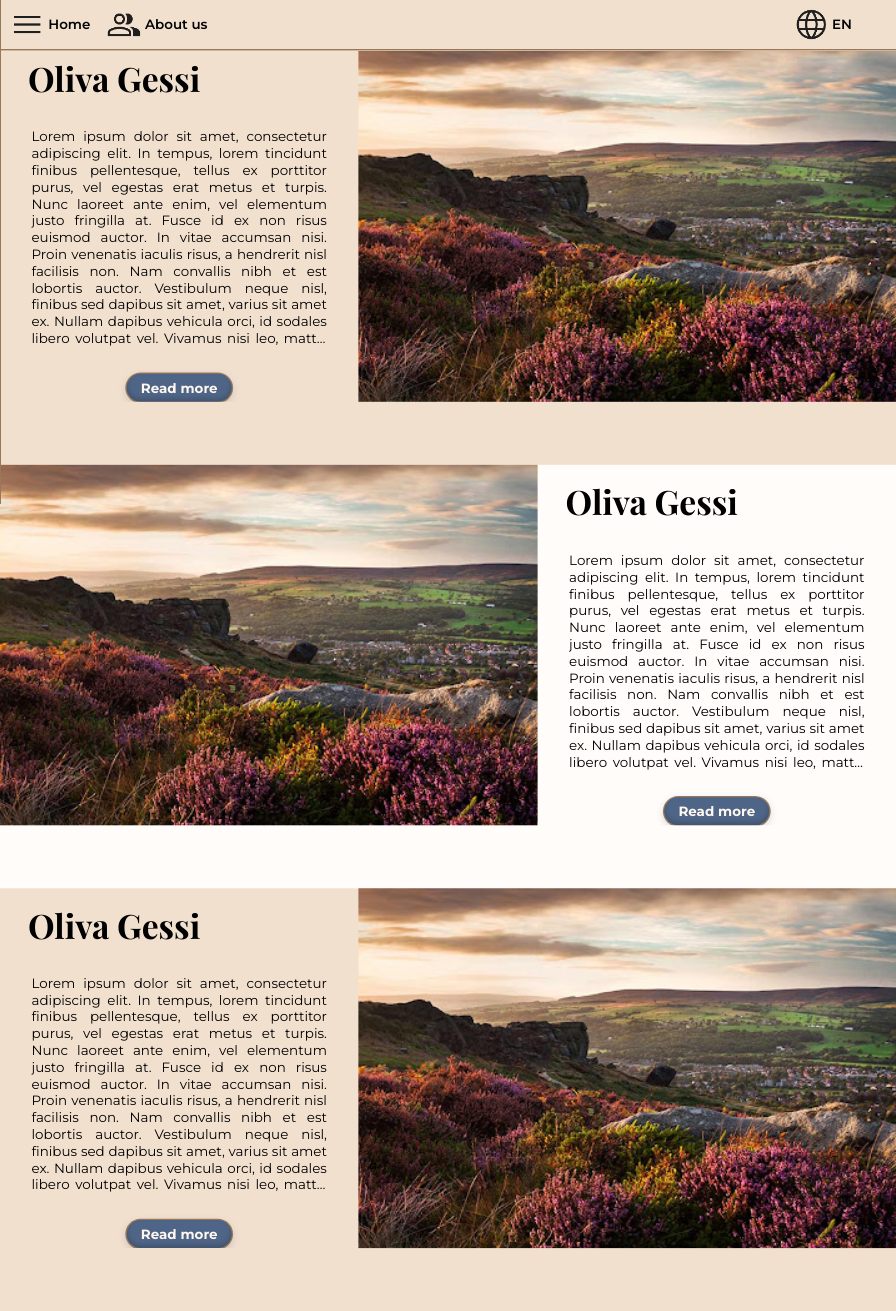
Repository: Seaside-Jokers/Oliva-gessi
Page: index.html
These files come from the project's save history. The page is drawn as it stood at one moment and after the next save; the edit follows.
The browser window is 1280 px wide. The pictures show the whole page, at 70% of full size.
Some web fonts or font styles are not loaded; a fallback is used.

Above is the page before, as saved 2026-02-18 15:43:06.

### index.html
<!DOCTYPE html>
<html lang="it">
<head>
    <meta charset="UTF-8">
    <title>Oliva Gessi</title>
    <link rel="stylesheet" href="src/style.css">
    <link rel="alternate" hreflang="en" href="index.html">
    <link rel="alternate" hreflang="it" href="index.html">
    <link rel="preconnect" href="https://fonts.googleapis.com">
    <link rel="preconnect" href="https://fonts.gstatic.com" crossorigin>
    <link href="https://fonts.googleapis.com/css2?family=Playfair+Display:ital,wght@0,400..900;1,400..900&display=swap" rel="stylesheet">
</head>
<body>
    <!-- ======================================================================= -->
    <!--                                 NAVBAR                                  -->
    <!-- ======================================================================= -->
    <nav class="navbar">
        <!-- Home -->
        <button class="btn-navbar" type="button" onclick="toggleMenu()">
            <img src="assets/menu_icon.png" data-key="home" alt="Home" class="icone" id="navbar-button">
            <span data-key="home" class="nav-data">Menu</span>
        </button>
        <!-- About us-->
        <button class="btn-navbar" type="button" onclick="location.href='about-us.html'">
            <img src="assets/about_us.png" data-key="about" alt="Chi siamo" class="icone">
            <span data-key="about" class="nav-data">Chi siamo</span>
        </button>
        <!-- Cambio lingua (a destra) -->
        <button class="btn-navbar lang-button" type="button" onclick="changeLang()">
            <img src="assets/language.png" data-key="language" alt="Cambia lingua" class="icone">
            <span data-key="current_language" class="nav-data">IT</span>
        </button>
    </nav>
    <!-- ======================================================================= -->
    <!--                                 SIDEBAR                                 -->
    <!-- ======================================================================= -->
    <!-- Strato trasparente che permette di chiudere il menu cliccando fuori -->
    <div class="clicker" onclick="closeMenu()"></div>
    <!-- Menu laterale vero e proprio -->
    <div class="sidebar" id="sidebar">
        <!-- Chiudi il menu -->
        <button class="sidebar-button" type="button" onclick="closeMenu()">
            <img src="assets/close.png" alt="Chiudi menu" class="icone large">
            <span data-key="close_menu" class="side-data">Chiudi</span>
        </button>
        <!-- About us -->
        <button class="sidebar-button" type="button" onclick="location.href='about-us.html'">
            <img src="assets/about_us.png" alt="Chiudi menu" class="icone large">
            <span data-key="about" class="side-data">Chi siamo</span>
        </button>
        <details>
            <!-- Le varie pagine del file -->
            <summary data-key="cerca_pagina"></summary>
        </details>
    </div>

    <!-- ======================================================================= -->
    <!--                                CONTENUTO                                -->
    <!-- ======================================================================= -->
    <div class="blocco">
        <img src="assets/immagine_16x9.jpg" alt="Foto placeholder del primo blocco" data-key="alt_img1" class="foto-blocco">
        <div class="container-testo-blocco">
            <h1 class="titolo-blocco" data-key="title_1">Oliva Gessi</h1>
            <p class="testo-blocco" data-key="testo_1">Lorem ipsum dolor sit amet, consectetur adipiscing elit. In tempus, lorem tincidunt finibus pellentesque, tellus ex porttitor purus, vel egestas erat metus et turpis. Nunc laoreet ante enim, vel elementum justo fringilla at. Fusce id ex non risus euismod auctor. In vitae accumsan nisi. Proin venenatis iaculis risus, a hendrerit nisl facilisis non. Nam convallis nibh et est lobortis auctor. Vestibulum neque nisl, finibus sed dapibus sit amet, varius sit amet ex. Nullam dapibus vehicula orci, id sodales libero volutpat vel. Vivamus nisi leo, mattis ut est convallis, pharetra ornare ipsum. Fusce elementum velit at massa mattis rutrum. Curabitur tincidunt consectetur nibh, in molestie urna ullamcorper sed. Interdum et malesuada fames ac ante ipsum primis in faucibus.</p>
            <button class="read-more-button" type="button" onclick="" data-key="read_more">Leggi di più</button>
        </div>
    </div>
    <div class="blocco">
        <img src="assets/immagine_16x9.jpg" alt="Foto placeholder del primo blocco" data-key="alt_img1" class="foto-blocco">
        <div class="container-testo-blocco">
            <h1 class="titolo-blocco" data-key="title_1">Oliva Gessi</h1>
            <p class="testo-blocco" data-key="testo_1">Lorem ipsum dolor sit amet, consectetur adipiscing elit. In tempus, lorem tincidunt finibus pellentesque, tellus ex porttitor purus, vel egestas erat metus et turpis. Nunc laoreet ante enim, vel elementum justo fringilla at. Fusce id ex non risus euismod auctor. In vitae accumsan nisi. Proin venenatis iaculis risus, a hendrerit nisl facilisis non. Nam convallis nibh et est lobortis auctor. Vestibulum neque nisl, finibus sed dapibus sit amet, varius sit amet ex. Nullam dapibus vehicula orci, id sodales libero volutpat vel. Vivamus nisi leo, mattis ut est convallis, pharetra ornare ipsum. Fusce elementum velit at massa mattis rutrum. Curabitur tincidunt consectetur nibh, in molestie urna ullamcorper sed. Interdum et malesuada fames ac ante ipsum primis in faucibus.</p>
            <button class="read-more-button" type="button" onclick="" data-key="read_more">Leggi di più</button>
        </div>
    </div>
    <div class="blocco">
        <img src="assets/immagine_16x9.jpg" alt="Foto placeholder del primo blocco" data-key="alt_img1" class="foto-blocco">
        <div class="container-testo-blocco">
            <h1 class="titolo-blocco" data-key="title_1">Oliva Gessi</h1>
            <p class="testo-blocco" data-key="testo_1">Lorem ipsum dolor sit amet, consectetur adipiscing elit. In tempus, lorem tincidunt finibus pellentesque, tellus ex porttitor purus, vel egestas erat metus et turpis. Nunc laoreet ante enim, vel elementum justo fringilla at. Fusce id ex non risus euismod auctor. In vitae accumsan nisi. Proin venenatis iaculis risus, a hendrerit nisl facilisis non. Nam convallis nibh et est lobortis auctor. Vestibulum neque nisl, finibus sed dapibus sit amet, varius sit amet ex. Nullam dapibus vehicula orci, id sodales libero volutpat vel. Vivamus nisi leo, mattis ut est convallis, pharetra ornare ipsum. Fusce elementum velit at massa mattis rutrum. Curabitur tincidunt consectetur nibh, in molestie urna ullamcorper sed. Interdum et malesuada fames ac ante ipsum primis in faucibus.</p>
            <button class="read-more-button" type="button" onclick="" data-key="read_more">Leggi di più</button>
        </div>
    </div>

    <!--=======================================================================-->
    <!--                      DO NOT TOUCH BELOW THIS LINE                     -->
    <!--=======================================================================-->
    <script src="src/database_testo.js"></script>
    <script src="src/color_scheme.js"></script>
    <script src="src/sidebar.js"></script>
    <script src="src/homepage.js"></script>
</body>

<!-- TODO: leggi questo commento e poi eliminalo per favore: quando vuoi aggiungere un nuovo testo modificalo in src/database_testo.js -->
</html>

### src/style.css
/* -------------------------------------------------------------------------- */
/*                                   COLORI                                   */
/* -------------------------------------------------------------------------- */
:root,
[data-theme="light"] {
    /** BACKGROUND */
    --bg-dark:      hsl(30 58% 88%);
    --bg:           hsl(30 100% 94%);
    --bg-light:     hsl(30 100% 99%);

    /** TESTO */
    --text:         hsl(17 100% 4%);
    --text-muted:   hsl(32 47% 25%);
    --highlight:    hsl(31 100% 97%);

    /** BORDI */
    --border:       hsl(31 26% 47%);
    --border-muted: hsl(31 31% 59%);

    /** COLORI INTERFACCIA */
    --primary:      hsl(37 100% 17%);
    --secondary:    hsl(206 82% 26%);
    --danger:       hsl(9 25% 41%);
    --warning:      hsl(51 29% 33%);
    --success:      hsl(148 24% 35%);
    --info:         hsl(217 26% 42%);
}

[data-theme="dark"] {
    /** BACKGROUND */
    --bg-dark:      hsl(18 100% 1%);
    --bg:           hsl(25 93% 4%);
    --bg-light:     hsl(31 65% 7%);

    /** TESTO */
    --text:         hsl(31 100% 92%);
    --text-muted:   hsl(31 39% 67%);
    --highlight:    hsl(31 33% 36%);

    /** BORDI */
    --border:       hsl(32 47% 25%);
    --border-muted: hsl(34 84% 14%);

    /** COLORI INTERFACCIA */
    --primary:      hsl(31 62% 64%);
    --secondary:    hsl(209 77% 71%);
    --danger:       hsl(9 31% 65%);
    --warning:      hsl(52 22% 56%);
    --success:      hsl(147 21% 58%);
    --info:         hsl(217 34% 65%);
}

/* Fallback per chi non ha JavaScript: segue la preferenza di sistema */
@media (prefers-color-scheme: dark) {
    :root:not([data-theme]) {
        /** BACKGROUND */
        --bg-dark:      hsl(18 100% 1%);
        --bg:           hsl(25 93% 4%);
        --bg-light:     hsl(31 65% 7%);

        /** TESTO */
        --text:         hsl(31 100% 92%);
        --text-muted:   hsl(31 39% 67%);
        --highlight:    hsl(31 33% 36%);

        /** BORDI */
        --border:       hsl(32 47% 25%);
        --border-muted: hsl(34 84% 14%);

        /** COLORI INTERFACCIA */
        --primary:      hsl(31 62% 64%);
        --secondary:    hsl(209 77% 71%);
        --danger:       hsl(9 31% 65%);
        --warning:      hsl(52 22% 56%);
        --success:      hsl(147 21% 58%);
        --info:         hsl(217 34% 65%);
    }
}

:root {
    /* --- VALORI PER DESKTOP (Default) --- */

    /* -------------------------------------------------------------------------- */
    /*                                   NAVBAR                                   */
    /* -------------------------------------------------------------------------- */
    --nav-height: 60px;
    --nav-img-size: 50px;
    --nav-font-size: 1.2rem;
    --sidebar-width: 300px;
    /* -------------------------------------------------------------------------- */
    /*                                  HOMEPAGE                                  */
    /* -------------------------------------------------------------------------- */
    --block-dist: 30px;
    --btn-width: 150px;
    --btn-height: 40px;
}

@media (max-aspect-ratio: 1/1) {
    :root {
        /* --- VALORI PER MOBILE (Telefoni e Tablet piccoli) --- */

        /* -------------------------------------------------------------------------- */
        /*                                   NAVBAR                                   */
        /* -------------------------------------------------------------------------- */
        --nav-height: 80px;
        --nav-img-size: 65px;
        --nav-font-size: 2.1rem;
        --sidebar-width: 450px;
        /* -------------------------------------------------------------------------- */
        /*                                  HOMEPAGE                                  */
        /* -------------------------------------------------------------------------- */
        --block-dist: 30px;

        --btn-width: 300px;
        --btn-height: 80px;
    }
}


/* -------------------------------------------------------------------------- */
/*                                    BASE                                    */
/* -------------------------------------------------------------------------- */
/* corpo dell'HTML */
body {
    font-family: 'Montserrat', sans-serif;
    margin: 0;
    padding: 0;
    background-color: var(--bg-light);
    padding-top: var(--nav-height);
}

@font-face {
    font-family: 'Playfair Display';
    src: url('../fonts/Playfair_Display/PlayfairDisplay-VariableFont_wght.ttf') format('truetype');
    font-weight: 100 900;
    font-style: normal;
    font-display: swap;
}
@font-face {
    font-family: 'Playfair Display';
    src: url('../fonts/Playfair_Display/PlayfairDisplay-Italic-VariableFont_wght.ttf') format('truetype');
    font-weight: 100 900;
    font-style: italic;
    font-display: swap;
}

@font-face {
    font-family: 'Montserrat';
    src: url('../fonts/Montserrat/Montserrat-VariableFont_wght.ttf') format('truetype');
    font-weight: 100 900;
    font-style: normal;
    font-display: swap;
}
@font-face {
    font-family: 'Montserrat';
    src: url('../fonts/Montserrat/Montserrat-Italic-VariableFont_wght.ttf') format('truetype');
    font-weight: 100 900;
    font-style: italic;
    font-display: swap;
}

.text {
    font-family: 'Montserrat', sans-serif;
}
.title {
    font-family: 'Playfair Display', serif;
}

h1 {
    font-family: 'Playfair Display', serif;
    font-weight: bold;
}
h2 {
    font-family: 'Playfair Display', serif;
    font-weight: bold;
}
h3 {
    font-family: 'Playfair Display', serif;
    font-weight: bold;
}
h4 {
    font-family: 'Playfair Display', serif;
    font-weight: bold;
}
h5 {
    font-family: 'Playfair Display', serif;
    font-weight: bold;
}
h6 {
    font-family: 'Playfair Display', serif;
    font-weight: bold;
}
p {
    font-family: 'Montserrat', sans-serif;
}
span {
    font-family: 'Montserrat', sans-serif;
}

.l {
    margin-left: 0px;
    margin-right: auto;
}
.r {
    margin-left: auto;
    margin-right: 0px;
    align-items: right;
}

/* -------------------------------------------------------------------------- */
/*                                   NAVBAR                                   */
/* -------------------------------------------------------------------------- */
nav.navbar {
    position: fixed;
    top: 0;
    width: 100%;
    height: var(--nav-height);
    display: flex;
    align-items: center;
    background-color: var(--bg-dark);
    padding: 5px;
    border-bottom: 2px solid var(--border);
}
.icone {
    width: var(--nav-img-size);
    height: auto;
    display: block;
    margin: 0px 5px;
}

button.btn-navbar {
    padding: 4px;
    margin-right: 10px;
    background: none;
    border: none;
    cursor: pointer;
    transition: transform 0.2s;
    display: flex;
    flex-direction: row;
    align-items: center;
    justify-content: center;
    font-family: 'Montserrat', sans-serif;
}
.btn-navbar:hover {
    transform: scale(1.1);
}
button.btn-navbar.lang-button {
    margin-left: auto;
    margin-right: 5vw;
}
button.btn-navbar.ruotata {
    transform: rotate(90deg);
}

span.nav-data {
    font-family: 'Montserrat', sans-serif;
    font-size: var(--nav-font-size);
    font-weight: 600;
}
/* TODO: apertuta menu, rotazione di 90° quando il menù è aperto */

.btn-menu:hover {
    transform: scale(1.1);
}

/* -------------------------------------------------------------------------- */
/*                               SIDEBAR (HOME)                               */
/* -------------------------------------------------------------------------- */
.clicker {
    position: fixed;
    top: 0;
    left: 0;
    width: 0%;
    height: 0%;
    z-index: 1;
}
.clicker.show {
    width: 100%;
    height: 100%;
}
.sidebar {
    position: fixed;
    height: 100%;
    width: var(--sidebar-width);
    position: fixed;
    z-index: 1000;
    top: 0;
    left: calc(-1 * var(--sidebar-width));
    background-color: var(--bg-dark);
    overflow-x: hidden;
    transition: 0.5s;
    flex-direction: column;
    border-right: 2px solid var(--border);
}
.sidebar.aperta {
    left: 0;
}
.sidebar-button {
    background: none;
    border: none;
    display: flex;
    flex-direction: row;
    align-items: center;
    height: var(--nav-height);
    flex: 1;
    margin: 8px 3px;
}
.side-data {
    font-size: var(--nav-font-size);
}
details {
  cursor: pointer;
  font-weight: bold;
  margin-top: 10px;
  margin-bottom: 15px;
  margin-left: 15px;
  font-size: var(--nav-font-size);
}

/* -------------------------------------------------------------------------- */
/*                                  CONTENUTO                                 */
/* -------------------------------------------------------------------------- */
.container {
    display: flex;
    flex-direction: row;
    align-items: center;
    justify-content: center;
    width: 100%;
}
.blurry {
    backdrop-filter: blur(5px);
    -webkit-backdrop-filter: blur(8px);
}

/* Valori per computer */
.blocco {
    width: 100%;
    padding-bottom: 90px;
    display: flex;
    flex-direction: row;
    align-items: stretch;
    background: none;
}
.blocco:nth-child(even) {
    flex-direction: row-reverse;
    flex-direction: row-reverse;
    background: var(--bg-dark);
}
.container-testo-blocco {
    width: auto;
    display: flex;
    flex-direction: column;
    padding: 0px 20px;
    min-height: 0;
    flex: 1;
    overflow: hidden;
}
.titolo-blocco {
    font-size: 3rem;
    margin: 20px;
    font-family: 'Playfair Display', serif;
    flex-shrink: 0;
}
.testo-blocco {
    margin-left: 25px;
    margin-right: 25px;
    flex: 1;
    overflow: hidden;
    min-height: 0;
    font-size: var(--nav-font-size);
    display: -webkit-box;
    -webkit-box-orient: vertical;
    -webkit-line-clamp: 13;
    line-clamp: 13;
    text-align: justify;
    /* line-clamp impostato dal JS */
}
.foto-blocco {
    width: 60%;
    aspect-ratio: 16/9;
    display: block;
    object-fit: cover;
    flex-shrink: 0;
}
.read-more-button {
    width: var(--btn-width);
    height: var(--btn-height);
    margin-top: 20px;
    margin-left: calc(50% - var(--btn-width) / 2);
    background-color: var(--info);
    border: none;
    color: var(--highlight);
    font-size: var(--nav-font-size);
    font-family: 'Montserrat', sans-serif;
    cursor: pointer;
    font-weight: 700;
    border-radius: calc(var(--btn-height) / 2);
    border: none;
    box-shadow:
        0 0 0 2px var(--border),
        inset 0 -4px 8px hsl(0 0% 0% / 0.2),
        0 4px 12px hsl(217 26% 42% / 0.3);
    transition: all 0.2s ease;
    flex-shrink: 0;
}
.read-more-button:hover {
    box-shadow:
        0 0 0 3px var(--border-muted),
        inset 0 -2px 4px hsl(0 0% 0% / 0.15),
        0 6px 16px hsl(209 77% 71% / 0.4);
    transform: translateY(-2px);
}

/*------------------------------------------*/
@media (max-aspect-ratio: 1/1) {
    /* Valori per telefono */
    .blocco {
        flex-direction: column;
        border-bottom: 2px solid var(--highlight);
    }
    .blocco:nth-child(even) {
        flex-direction: column;
    }
    .titolo-blocco {
        font-size: 5rem;
    }
    .foto-blocco {
        width: 100%;
    }
    .testo-blocco {
        -webkit-line-clamp: 10;
        line-clamp: 10;
    }
}



/* -------------------------------------------------------------------------- */
/*                              IMG (ABOUT US)                               */
/* -------------------------------------------------------------------------- */



#jacopo {

    margin: 100px 100px;
}

/*
    Fonts: https://ctrl-z.it/9-font-architettura-tavole-portfolio https://material-f/
    Design: foundation.github.io/material-theme-builder/
    Design: https://www.iamsajid.com/css-tricks/
    Fonts: Playfair Display (titoli), Montserrat (testo normale)
*/

### src/sidebar.js
let menuAperto = false;

function toggleMenu() {
    menuAperto = !menuAperto;

    const icon = document.getElementById("navbar-button");
    icon.classList.toggle('ruotata');

    const menu = document.getElementById("sidebar");
    menu.classList.toggle('aperta');

    const clicker = document.querySelector(".clicker");
    clicker.classList.toggle('show');
}
function closeMenu() {
    if(!menuAperto) return;
    toggleMenu();
}

### src/homepage.js
function clampTesti() {
    document.querySelectorAll('.blocco').forEach(blocco => {
        const img    = blocco.querySelector('.foto-blocco');
        const testo  = blocco.querySelector('.testo-blocco');
        const titolo = blocco.querySelector('.titolo-blocco');
        const btn    = blocco.querySelector('.read-more-button');
        if (!img || !testo) return;

        // Altezza reale della foto (rispetta aspect-ratio e zoom)
        const imgH = img.getBoundingClientRect().height;

        // Spazio occupato da titolo e pulsante (margini inclusi)
        const titleH = titolo ? titolo.getBoundingClientRect().height
                                + parseFloat(getComputedStyle(titolo).marginTop)
                                + parseFloat(getComputedStyle(titolo).marginBottom)
                              : 0;
        const btnH   = btn    ? btn.getBoundingClientRect().height
                                + parseFloat(getComputedStyle(btn).marginTop)
                                + parseFloat(getComputedStyle(btn).marginBottom)
                              : 0;

        // Padding del container
        const contStyle = getComputedStyle(testo.parentElement);
        const padV = parseFloat(contStyle.paddingTop) + parseFloat(contStyle.paddingBottom);

        const disponibile = imgH - titleH - btnH - padV
                            - parseFloat(getComputedStyle(testo).marginTop)
                            - parseFloat(getComputedStyle(testo).marginBottom);

        const lineH = parseFloat(getComputedStyle(testo).lineHeight);
        const righe = Math.max(1, Math.floor(disponibile / lineH));

        testo.style.webkitLineClamp = righe;
        testo.style.lineClamp       = righe;
    });
}

// Ricalcola ad ogni resize (zoom incluso) e al caricamento immagini
window.addEventListener('resize', clampTesti);
document.querySelectorAll('.foto-blocco').forEach(img => {
    img.addEventListener('load', clampTesti);
    if (img.complete) clampTesti();
});
document.addEventListener('DOMContentLoaded', clampTesti);

Loaded but not shown: src/color_scheme.js (155 lines, source omitted); src/database_testo.js (94 lines, source omitted)

After the next save:
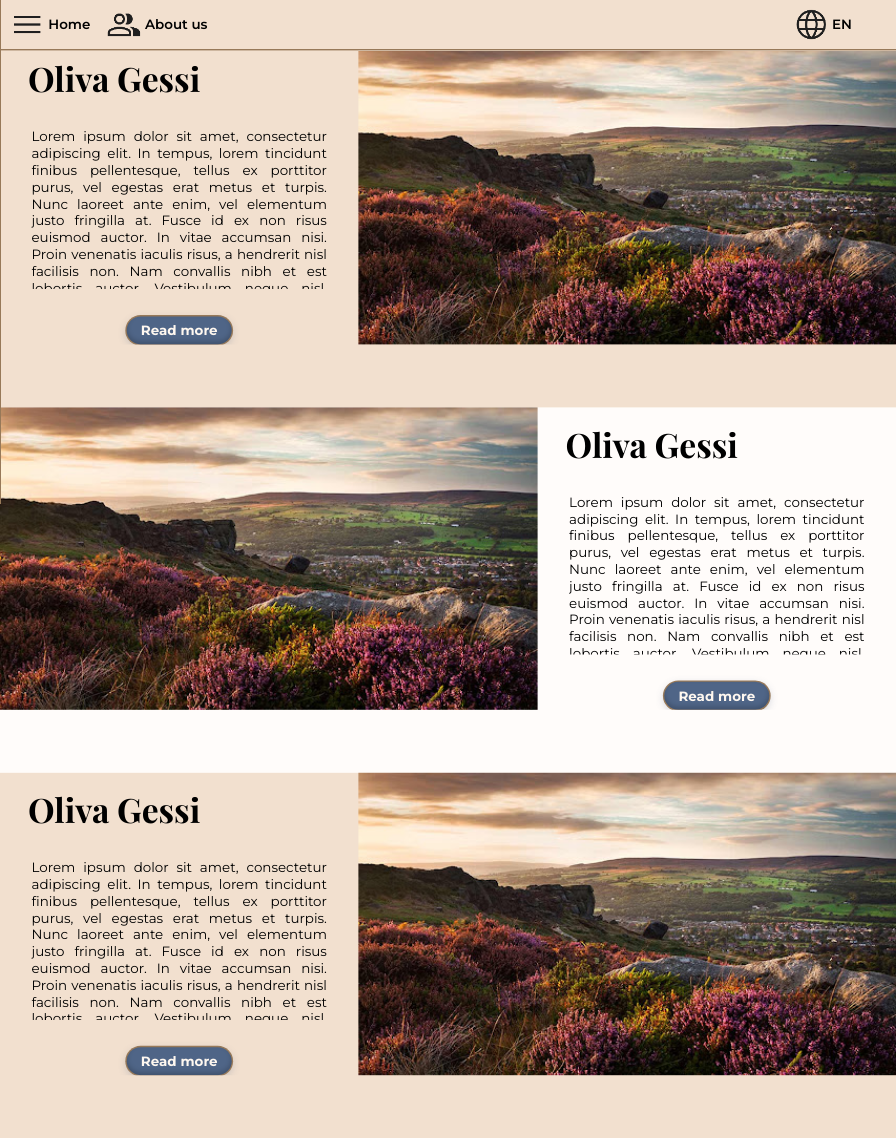
Saved 9 min 19 s later.
--- a/src/style.css
+++ b/src/style.css
@@ -335,7 +335,9 @@ details {
 /* Valori per computer */
 .blocco {
     width: 100%;
+    height: 33.75vw; /* = 60vw × 9/16: la foto a 60% width in formato 16:9 */
     padding-bottom: 90px;
+    box-sizing: content-box;
     display: flex;
     flex-direction: row;
     align-items: stretch;
@@ -373,11 +375,11 @@ details {
     -webkit-line-clamp: 13;
     line-clamp: 13;
     text-align: justify;
-    /* line-clamp impostato dal JS */
+    /* line-clamp aggiornato dinamicamente dal JS */
 }
 .foto-blocco {
     width: 60%;
-    aspect-ratio: 16/9;
+    height: 100%;
     display: block;
     object-fit: cover;
     flex-shrink: 0;
@@ -411,10 +413,11 @@ details {
     transform: translateY(-2px);
 }
 
-/*------------------------------------------*/
-@media (max-aspect-ratio: 1/1) {
+@media (max-aspect-ratio: 1/1), (max-width: 700px) {
     /* Valori per telefono */
     .blocco {
+        height: auto;           /* rimuove l'altezza fissa del desktop */
+        padding-bottom: 0;
         flex-direction: column;
         border-bottom: 2px solid var(--highlight);
     }
@@ -426,6 +429,8 @@ details {
     }
     .foto-blocco {
         width: 100%;
+        height: auto;
+        aspect-ratio: 16/9;     /* ripristina il formato in modalità colonna */
     }
     .testo-blocco {
         -webkit-line-clamp: 10;
